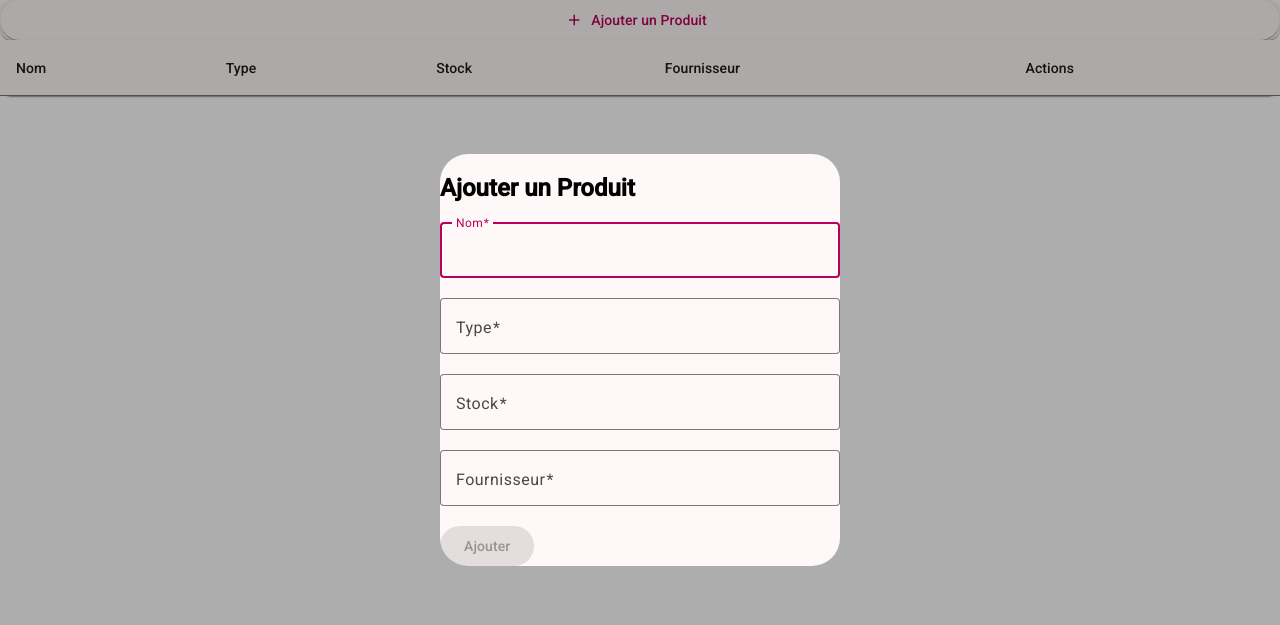
Repository: hadilXattia/Gestion_Production
Page: /produits (app in frontend-production/), after clicking the first element matching `button.mdc-button`
The author's editor kept a copy of each file at every save. The page is drawn from the files as they stood at one save, then again after the next save.
The browser window is 1280 px wide. The pictures show the whole page.
The page's requests for data from a server got no answer. The project was rebuilt for these pictures with package versions that can differ from the ones it lists, and the page was loaded fresh each time. No one was signed in, and anything a server would have sent is missing. Also part of the build but not shown: frontend-production/angular.json, frontend-production/src/app/components/machine/machine.component.ts, frontend-production/src/app/services/machine.service.ts, frontend-production/src/app/components/technicien/technicien.component.ts, frontend-production/src/app/services/technicien.service.ts, frontend-production/src/app/components/ordre-fabrication/ordre-fabrication.component.ts, frontend-production/src/app/services/ordre-fabrication.service.ts, frontend-production/src/app/components/maintenance/maintenance.component.ts and 1 more.

Above is the page before, as saved 2025-05-10 12:36:33.

### frontend-production/src/index.html
<!doctype html>
<html lang="en">
<head>
  <meta charset="utf-8">
  <title>FrontendProduction</title>
  <base href="/">
  <meta name="viewport" content="width=device-width, initial-scale=1">
  <link rel="icon" type="image/x-icon" href="favicon.ico">
  <link href="https://fonts.googleapis.com/css2?family=Roboto:wght@300;400;500&display=swap" rel="stylesheet">
  <link href="https://fonts.googleapis.com/icon?family=Material+Icons" rel="stylesheet">
</head>
<body class="mat-typography">
  <app-root></app-root>
</body>
</html>

### frontend-production/src/main.ts
import { bootstrapApplication } from '@angular/platform-browser';
import { AppComponent } from './app/app.component';
import { provideHttpClient } from '@angular/common/http';
import { importProvidersFrom } from '@angular/core';
import { FormsModule } from '@angular/forms';
import { provideRouter } from '@angular/router';
import { routes } from './app/app.routes';

bootstrapApplication(AppComponent, {
  providers: [
    provideHttpClient(),
    importProvidersFrom(FormsModule),
    provideRouter(routes)
  ]
});

### frontend-production/src/app/app.component.ts
import { Component } from '@angular/core';
import { RouterOutlet } from '@angular/router';

@Component({
  selector: 'app-root',
  imports: [RouterOutlet],
  templateUrl: './app.component.html',
  styleUrl: './app.component.css'
})
export class AppComponent {
  title = 'frontend-production';
}

### frontend-production/src/app/app.routes.ts
import { Routes } from '@angular/router';
import { ProduitComponent } from './components/produit/produit.component';
import { MachineComponent } from './components/machine/machine.component';
import { TechnicienComponent } from './components/technicien/technicien.component';
import { OrdreFabricationComponent } from './components/ordre-fabrication/ordre-fabrication.component';
import { MaintenanceComponent } from './components/maintenance/maintenance.component';

export const routes: Routes = [
  { path: 'produits', component: ProduitComponent },
  { path: 'machines', component: MachineComponent },
  { path: 'techniciens', component: TechnicienComponent },
  { path: 'ordres', component: OrdreFabricationComponent },
  { path: 'maintenances', component: MaintenanceComponent },
  { path: '', redirectTo: 'produits', pathMatch: 'full' },
  { path: '**', redirectTo: 'produits' }
];

### frontend-production/src/app/components/produit/produit.component.ts
import { Component, OnInit } from '@angular/core';
import { ProduitService } from '../../services/produit.service';
import { MatDialog } from '@angular/material/dialog';
import { AjouterProduitDialogComponent } from './ajouter-produit-dialog.component';

import { NgFor, CommonModule } from '@angular/common';
import { FormsModule } from '@angular/forms';
import { MatTableModule } from '@angular/material/table';
import { MatButtonModule } from '@angular/material/button';
import { MatFormFieldModule } from '@angular/material/form-field';
import { MatInputModule } from '@angular/material/input';
import { MatCardModule } from '@angular/material/card';
import { MatIconModule } from '@angular/material/icon';
import { MatDialogModule } from '@angular/material/dialog';

@Component({
  selector: 'app-produit',
  standalone: true,
  imports: [
    NgFor, CommonModule, FormsModule, MatTableModule,
    MatButtonModule, MatFormFieldModule, MatDialogModule,
    MatInputModule, MatCardModule, MatIconModule
  ],
  templateUrl: './produit.component.html',
  styleUrl: './produit.component.css'
})
export class ProduitComponent implements OnInit {
  produits: any[] = [];

  constructor(private produitService: ProduitService, private dialog: MatDialog) {}

  ngOnInit() {
    this.loadProduits();
  }

  loadProduits() {
    this.produitService.getProduits().subscribe(data => {
      this.produits = data;
    });
  }

  openAjouterDialog() {
    const dialogRef = this.dialog.open(AjouterProduitDialogComponent, {
      width: '400px'
    });

    dialogRef.afterClosed().subscribe(result => {
      if (result) {
        this.produitService.createProduit(result).subscribe(() => {
          this.loadProduits();
        });
      }
    });
  }

  deleteProduit(id: number) {
    this.produitService.deleteProduit(id).subscribe(() => {
      this.loadProduits();
    });
  }
}

### frontend-production/src/app/components/produit/produit.component.html
<!-- Button to open the add product dialog -->
<mat-card class="mt-4">
  <button mat-raised-button color="primary" (click)="openAjouterDialog()">
    <mat-icon>add</mat-icon> Ajouter un Produit
  </button>
</mat-card>

<!-- Product list table -->
<mat-card class="mt-4">
  <table mat-table [dataSource]="produits" class="mat-elevation-z8" style="width: 100%;">
    <!-- Nom Column -->
    <ng-container matColumnDef="nom">
      <th mat-header-cell *matHeaderCellDef> Nom </th>
      <td mat-cell *matCellDef="let produit"> {{ produit.nom }} </td>
    </ng-container>

    <!-- Type Column -->
    <ng-container matColumnDef="type">
      <th mat-header-cell *matHeaderCellDef> Type </th>
      <td mat-cell *matCellDef="let produit"> {{ produit.type }} </td>
    </ng-container>

    <!-- Stock Column -->
    <ng-container matColumnDef="stock">
      <th mat-header-cell *matHeaderCellDef> Stock </th>
      <td mat-cell *matCellDef="let produit"> {{ produit.stock }} </td>
    </ng-container>

    <!-- Fournisseur Column -->
    <ng-container matColumnDef="fournisseur">
      <th mat-header-cell *matHeaderCellDef> Fournisseur </th>
      <td mat-cell *matCellDef="let produit"> {{ produit.fournisseur }} </td>
    </ng-container>

    <!-- Actions Column -->
    <ng-container matColumnDef="actions">
      <th mat-header-cell *matHeaderCellDef> Actions </th>
      <td mat-cell *matCellDef="let produit">
        <button mat-raised-button color="warn" (click)="deleteProduit(produit.id)">
          <mat-icon>delete</mat-icon> Supprimer
        </button>
      </td>
    </ng-container>

    <tr mat-header-row *matHeaderRowDef="['nom', 'type', 'stock', 'fournisseur', 'actions']"></tr>
    <tr mat-row *matRowDef="let row; columns: ['nom', 'type', 'stock', 'fournisseur', 'actions'];"></tr>
  </table>
</mat-card>

### frontend-production/src/app/services/produit.service.ts
import { Injectable } from '@angular/core';
import { HttpClient } from '@angular/common/http';
import { Observable } from 'rxjs';

export interface Produit {
  id?: number;
  nom: string;
  type: string;
  stock: number;
  fournisseur: string;
}

@Injectable({
  providedIn: 'root'
})
export class ProduitService {
  private apiUrl = 'http://localhost:8080/api/produits';

  constructor(private http: HttpClient) {}

  getProduits(): Observable<Produit[]> {
    return this.http.get<Produit[]>(this.apiUrl);
  }

  createProduit(produit: Produit): Observable<Produit> {
    return this.http.post<Produit>(this.apiUrl, produit);
  }

  updateProduit(id: number, produit: Produit): Observable<Produit> {
    return this.http.put<Produit>(`${this.apiUrl}/${id}`, produit);
  }

  deleteProduit(id: number): Observable<void> {
    return this.http.delete<void>(`${this.apiUrl}/${id}`);
  }
}

### frontend-production/src/app/components/produit/ajouter-produit-dialog.component.ts
import { Component } from '@angular/core';
import { MatDialogRef } from '@angular/material/dialog';
import { FormsModule, NgForm } from '@angular/forms';
import { MatFormFieldModule } from '@angular/material/form-field';
import { MatInputModule } from '@angular/material/input';
import { MatButtonModule } from '@angular/material/button';
import { CommonModule } from '@angular/common';

@Component({
  selector: 'app-ajouter-produit-dialog',
  standalone: true,
  imports: [
    CommonModule,
    FormsModule,
    MatFormFieldModule,
    MatInputModule,
    MatButtonModule
  ],
  template: `
    <h2>Ajouter un Produit</h2>
    <form #produitForm="ngForm" (ngSubmit)="submit(produitForm)">
      <!-- Nom -->
      <mat-form-field appearance="outline" style="display:block">
        <mat-label>Nom</mat-label>
        <input matInput [(ngModel)]="produit.nom" name="nom" #nom="ngModel" required>
        <div class="error" *ngIf="nom.invalid && nom.touched">Le nom est requis.</div>
      </mat-form-field>

      <!-- Type -->
      <mat-form-field appearance="outline" style="display:block">
        <mat-label>Type</mat-label>
        <input matInput [(ngModel)]="produit.type" name="type" #type="ngModel" required>
        <div class="error" *ngIf="type.invalid && type.touched">Le type est requis.</div>
      </mat-form-field>

      <!-- Stock -->
      <mat-form-field appearance="outline" style="display:block">
        <mat-label>Stock</mat-label>
        <input matInput type="number" [(ngModel)]="produit.stock" name="stock" #stock="ngModel" required min="0">
        <div class="error" *ngIf="stock.invalid && stock.touched">
          Le stock est requis et doit être un nombre positif.
        </div>
      </mat-form-field>

      <!-- Fournisseur -->
      <mat-form-field appearance="outline" style="display:block">
        <mat-label>Fournisseur</mat-label>
        <input matInput [(ngModel)]="produit.fournisseur" name="fournisseur" #fournisseur="ngModel" required>
        <div class="error" *ngIf="fournisseur.invalid && fournisseur.touched">Le fournisseur est requis.</div>
      </mat-form-field>

      <!-- Submit Button -->
      <button mat-raised-button color="primary" type="submit" [disabled]="produitForm.invalid">
        Ajouter
      </button>
    </form>
  `,
  styles: [`
    .error {
      color: red;
      font-size: 0.8em;
      margin-top: 4px;
    }
  `]
})
export class AjouterProduitDialogComponent {
  produit = { nom: '', type: '', stock: null, fournisseur: '' };

  constructor(public dialogRef: MatDialogRef<AjouterProduitDialogComponent>) {}

  submit(form: NgForm) {
    if (form.valid) {
      this.dialogRef.close(this.produit);
    }
  }
}

Loaded but not shown: frontend-production/src/styles.css (common file); frontend-production/src/app/app.component.html (common file); frontend-production/src/app/app.component.css (no stored copy; drawn as an empty file); frontend-production/src/app/components/produit/produit.component.css (no stored copy; drawn as an empty file)

After the next save:
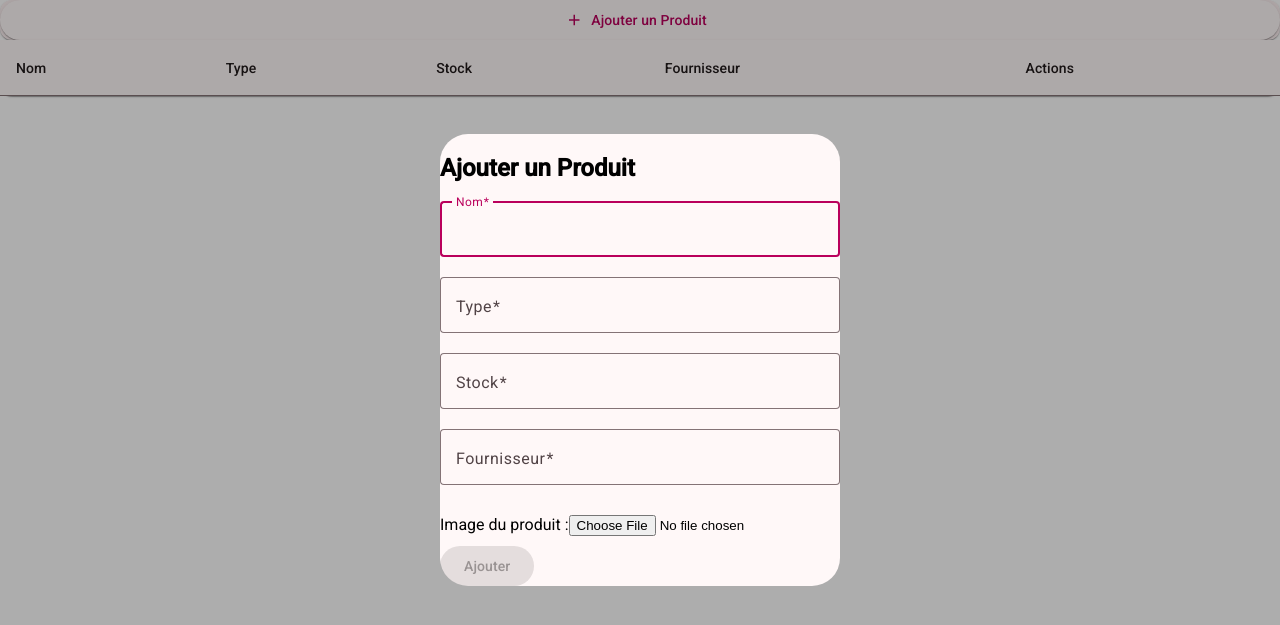
Saved 6 min 16 s later.
--- a/frontend-production/src/app/components/produit/ajouter-produit-dialog.component.ts
+++ b/frontend-production/src/app/components/produit/ajouter-produit-dialog.component.ts
@@ -49,6 +49,16 @@ import { CommonModule } from '@angular/common';
         <div class="error" *ngIf="fournisseur.invalid && fournisseur.touched">Le fournisseur est requis.</div>
       </mat-form-field>
 
+      <!-- Image Upload -->
+      <div style="margin: 10px 0;">
+        <label for="imageUpload">Image du produit :</label>
+        <input type="file" id="imageUpload" (change)="onFileSelected($event)" accept="image/*" />
+        <div *ngIf="imagePreview" style="margin-top: 10px;">
+          <p>Prévisualisation :</p>
+          <img [src]="imagePreview" alt="Image du produit" style="max-width: 200px; max-height: 200px;" />
+        </div>
+      </div>
+
       <!-- Submit Button -->
       <button mat-raised-button color="primary" type="submit" [disabled]="produitForm.invalid">
         Ajouter
@@ -64,9 +74,22 @@ import { CommonModule } from '@angular/common';
   `]
 })
 export class AjouterProduitDialogComponent {
-  produit = { nom: '', type: '', stock: null, fournisseur: '' };
+  produit = { nom: '', type: '', stock: null, fournisseur: '', image: '' };
+  imagePreview: string | ArrayBuffer | null = null;
 
   constructor(public dialogRef: MatDialogRef<AjouterProduitDialogComponent>) {}
+
+  onFileSelected(event: Event) {
+    const file = (event.target as HTMLInputElement).files?.[0];
+    if (file) {
+      const reader = new FileReader();
+      reader.onload = () => {
+        this.imagePreview = reader.result;
+        this.produit.image = reader.result as string; // Store as base64 string
+      };
+      reader.readAsDataURL(file);
+    }
+  }
 
   submit(form: NgForm) {
     if (form.valid) {
